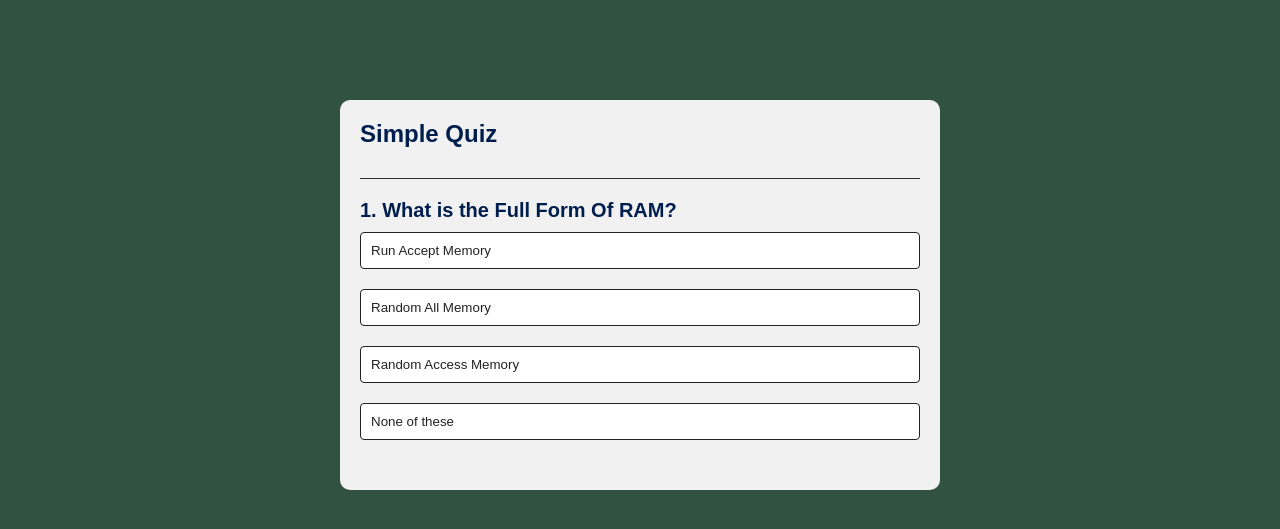
Repository: VickyJacob23/Quiz-App
Page: index.html
An editor plug-in stored every save of this project. The page is shown before and after the next save, followed by the edit.
The browser window is 1280 px wide. The pictures show the whole page.

Above is the page before, as saved 2024-08-05 18:17:11.

### index.html
<!DOCTYPE html>
<html lang="en">
<head>
    <meta charset="UTF-8">
    <meta name="viewport" content="width=device-width, initial-scale=1.0">
    <title>Quiz App</title>
    <link rel="stylesheet" href="styles.css">
</head>
<body>
    <div class="app">
        <h1>Simple Quiz</h1>
        <div class="quiz">
            <h2 id="question">Questions goes here</h2>
            <div id="answer-buttons">
                <button class="btn">Answer 1</button>
                <button class="btn">Answer 2</button>
                <button class="btn">Answer 3</button>
                <button class="btn">Answer 4</button>
            </div>
            <button id="next-btn">Next</button>
        </div>
    </div>

    <script src="script.js"></script>
</body>
</html>

### styles.css
*{
    margin: 0;
    padding: 0;
    box-sizing: border-box;
    font-family: 'Poppins', sans-serif;
}

body{
    background-color: #315240;

}
.app{
    width:90%;
    max-width: 600px;
    background-color:#f1f1f1;
    padding: 20px;
    border-radius: 10px;
    margin: 100px auto 0;
}
.app h1{
    font-size: 24px;
    font-weight: 600;
    color: #001e4d;
    border-bottom: 1px solid #333;
    padding-bottom: 30px;
}
.quiz{
    padding: 20px 0;
}
.quiz h2{
    font-size: 20px;
    font-weight: 600;
    color: #001e4d;
}
.btn{
    background-color:#fff;
    color:#222;
    font-weight: 500;
    width: 100%;
    border: 1px solid #222;
    padding: 10px;
    margin: 10px 0;
    text-align: left;
    cursor: pointer;
    border-radius:4px;
    transition: all 0.3s;
}
.btn:hover:not([disabled]) {
    background-color:#222;
    color:#fff;
}
.btn:disabled{
    cursor: not-allowed;
}

#next-btn{
    background-color:#001e4d;
    color:#fff;
    cursor: pointer;
    width: 20%;
    font-weight: 500;
    padding: .55em;
    margin: 1.2em auto 0;
    border-radius:4px;
    border:0;
    display: none;
}
.correct{
    background-color:#9aeabc;
}
.wrong{
    background-color:#ff9393;
}

### script.js
// 'use strict';

//the questions section
let questions = [
    {
        question: "What is the Full Form Of RAM?",
        answers: [
            { options: "Run Accept Memory", correct: false },
            { options: "Random All Memory", correct: false },
            { options: "Random Access Memory", correct: true },
            { options: "None of these", correct: false }
        ]
    },

    {
        question: "What is the Full-Form of CPU?",
        answers: [
            { options: "Central Program Unit", correct: false },
            { options: "Central Processing Unit", correct: true },
            { options: "Central Preload Unit", correct: false },
            { options: "None of these", correct: false }
        ]
    },

    {
        question: "How many bits is a byte?",
        answers: [
            { options: "32", correct: false },
            { options: "16", correct: false },
            { options: "8", correct: true },
            { options: "64", correct: false }
        ]
    },

    {
        question: "What is FMD?",
        answers: [
            { options: "Fluorescent Multi-Layer Disc", correct: true },
            { options: "Flash Media Driver", correct: false },
            { options: "Fast-Ethernet Measuring Device", correct: false },
            { options: "None of these", correct: false }
        ]
    },

    {
        question: "Main circuit board in a computer is:",
        answers: [
            { options: "Hard-disk", correct: false },
            { options: "Mother board", correct: true },
            { options: "Microprocessor", correct: false },
            { options: "None of these", correct: false }
        ]
    },

    {
    question: "What is the name of Front-end Instructor at KodeCamp Cohort 4.0?:",
        answers: [
            { options: "Akpan Victoria", correct: false },
            { options: "Mr. Oluwaseun", correct: false },
            { options: "Paul Steven", correct: false },
            { options: "Akinuliola Akinbobola Oluwafemi", correct:true }
        ]
    }
];

//invoking the id from the html element
const questionEl = document.getElementById("question");
const answerButtonsEl = document.getElementById("answer-buttons");
const nextButtonEl = document.getElementById("next-btn");


//setting the score and the question to zero by default
let currentQuestionIndex = 0;
let score = 0;


//create a function that will be called startQuiz
function startQuiz() {
    currentQuestionIndex = 0;
    score = 0;
    nextButtonEl.innerHTML = "Next";
    showQuestion();

}

//function that will be called to displays the questions
function showQuestion() {
    resetState();
    let currentQuestion = questions[currentQuestionIndex];
    let questionNo = currentQuestionIndex + 1;
    questionEl.innerHTML = questionNo + ". " + currentQuestion.question;


    currentQuestion.answers.forEach(answer => {
        const button = document.createElement("button");
        button.innerHTML = answer.options;
        button.classList.add("btn");
        answerButtonsEl.appendChild(button);

        if (answer.correct) {
            button.dataset.correct = answer.correct;
        }
        button.addEventListener("click", selectAnswer);
        ;
        });
    };

// startQuiz();

//function to hid the previous state
function resetState() {
    nextButtonEl.style.display = "none";
    while (answerButtonsEl.firstChild) {
        answerButtonsEl.removeChild(answerButtonsEl.firstChild);
    };
}

function selectAnswer(e) {
    const selectedBtn = e.target;
    const isCorrect = selectedBtn.dataset.correct === "true";
    if (isCorrect) {
        selectedBtn.classList.add("correct");
        score++;
    }
    else {
        selectedBtn.classList.add("wrong");
    }
  //an array for all the correct answers from the questions and check if the answer is correct or not then disable the button
    Array.from(answerButtonsEl.children).forEach(button => {
        if (button.dataset.correct === "true") {
            button.classList.add("correct");
        }
        button.disabled = true;
    });
    nextButtonEl.style.display = "block";
}
 //create a function that will be called showScore
function showScore() {
    resetState();
    questionEl.innerHTML = `You scored ${score} out of ${questions.length}`;
    nextButtonEl.innerHTML = "Play Again";
    nextButtonEl.style.display = "block";
}
function handleNextButton() {
    currentQuestionIndex++;
    if (currentQuestionIndex < questions.length) {
        showQuestion();
    }
    else {
        showScore();
    }
}

//create a function that will be called nextQuestion
nextButtonEl.addEventListener("click", () => {
    if (currentQuestionIndex < questions.length) {
        handleNextButton();
    } else {
        startQuiz();
    }
});


startQuiz();

After the next save:
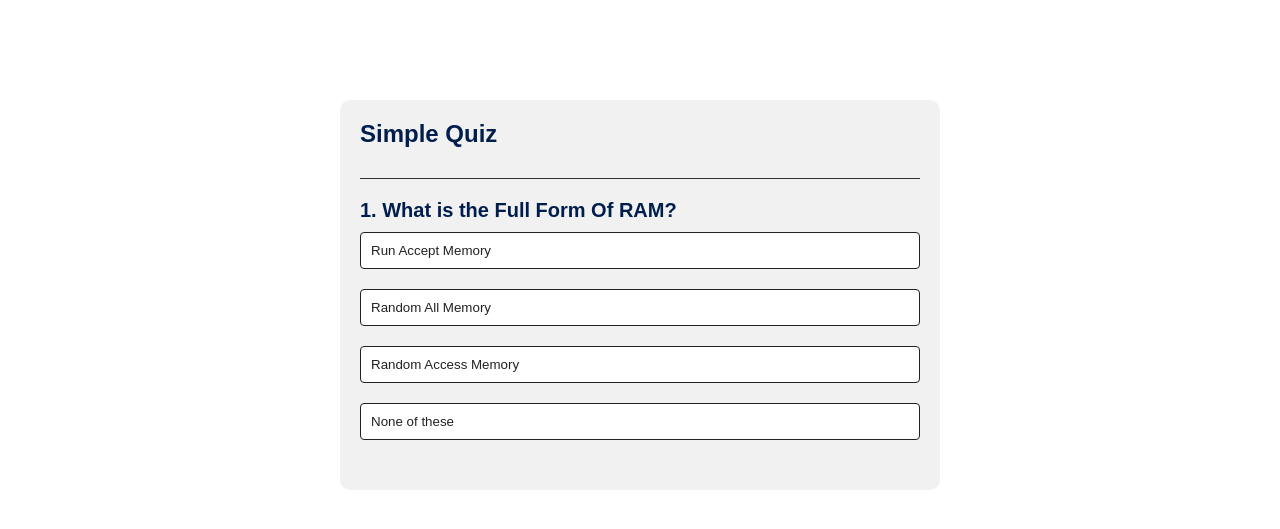
Not found: images/bg.jpg
Saved 37 s later.
--- a/styles.css
+++ b/styles.css
@@ -6,7 +6,7 @@
 }
 
 body{
-    background-color: #315240;
+    background:url(./images/bg.jpg) no-repeat center center/cover;
 
 }
 .app{
